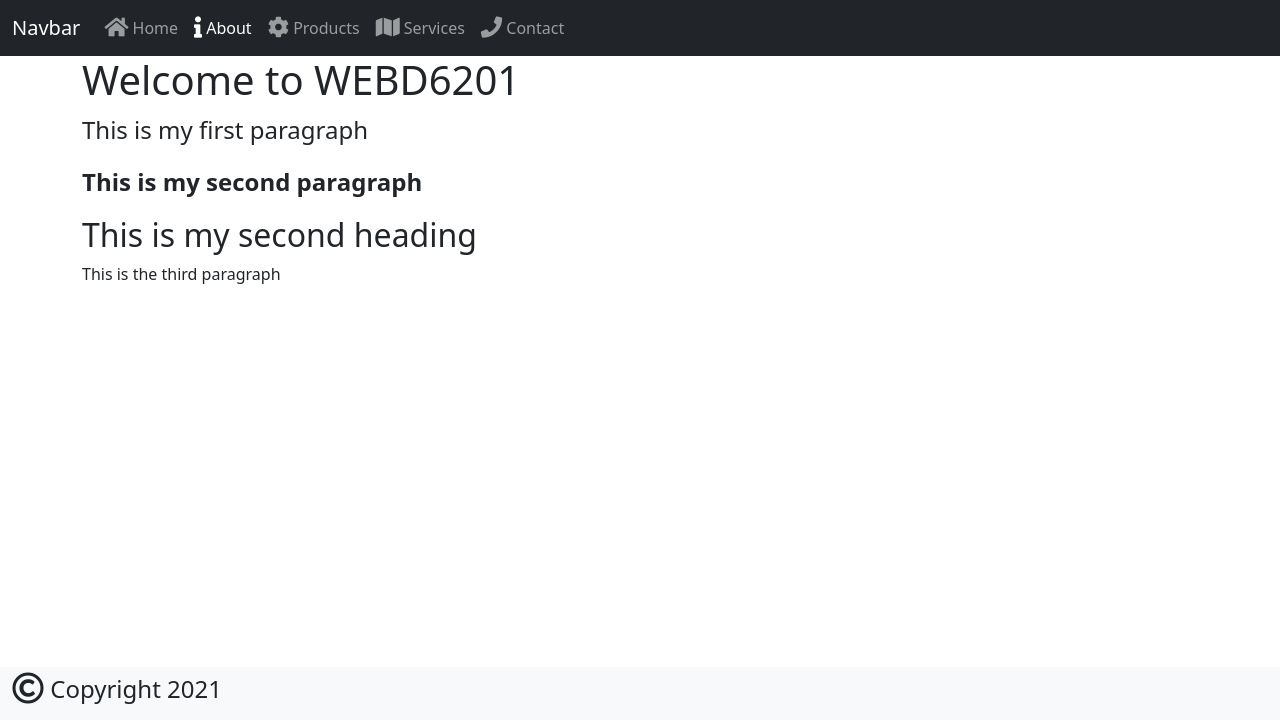
Repository: evanpalmer002/WEBD6201-ICE4
Page: about.html
These files come from the project's save history. The page is drawn as it stood at one moment and after the next save; the edit follows.
The browser window is 1280 px wide. The pictures show the whole page.

Above is the page before, as saved 2021-01-20 16:08:51.

After the next save:
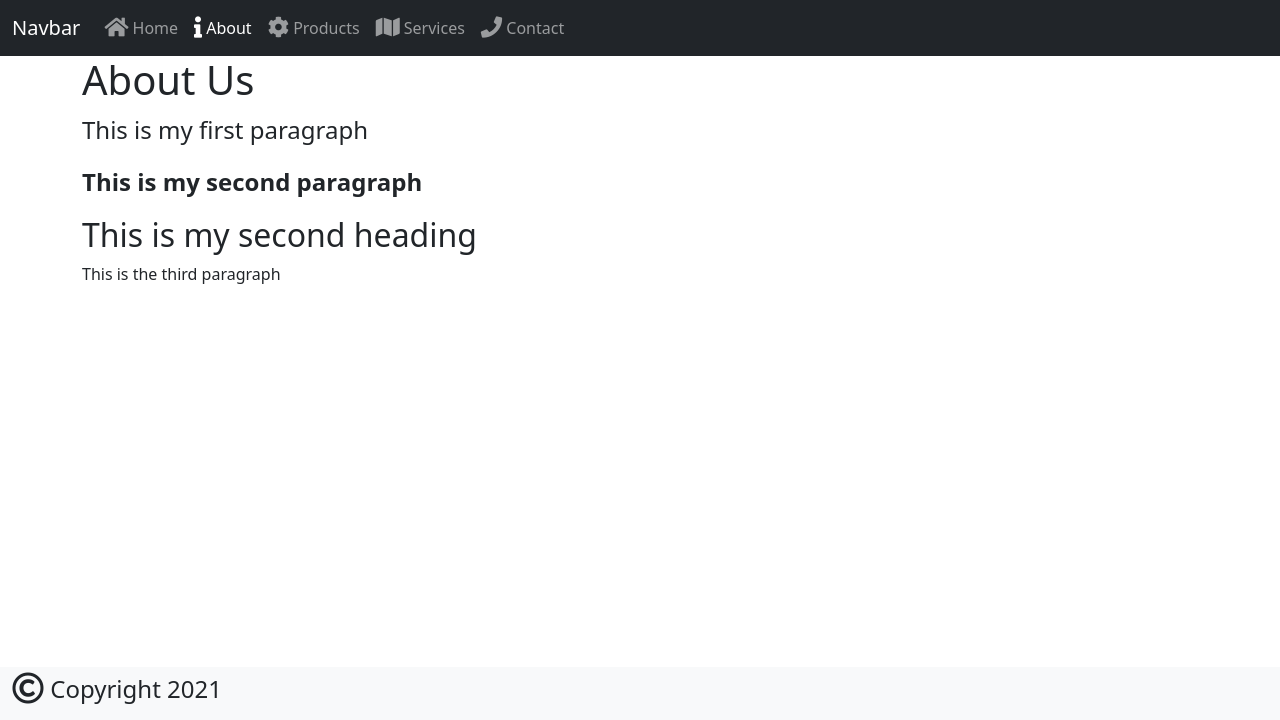
Saved 25 s later.
--- a/about.html
+++ b/about.html
@@ -49,7 +49,7 @@
     </header>
 
     <main class="container">
-        <h1>Welcome to WEBD6201</h1>
+        <h1>About Us</h1>
         <p id="paragraphOne" class="fs-4"></p>
     </main>
 
